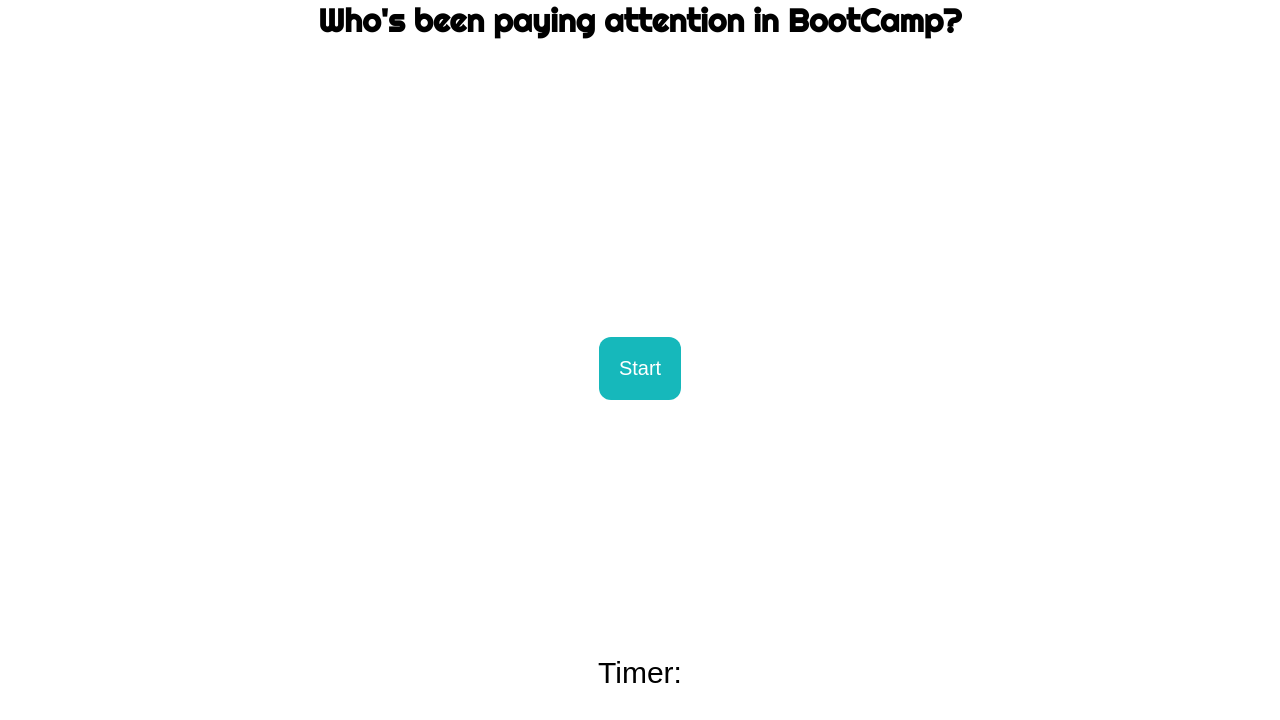
Repository: kkyler24/Quizlet
Page: Quiz.html
These files come from the project's save history. The page is drawn as it stood at one moment and after the next save; the edit follows.
The browser window is 1280 px wide. The pictures show the whole page.
Some web libraries are served in a nearby version.

Above is the page before, as saved 2020-03-16 01:30:22.

### Quiz.html
<!DOCTYPE html>

<html lang="en">

<head>
    <meta charset="UTF-8">
    <meta name="viewport" content="width=device-width, initial-scale=1.0">

    <!-- font family -->
    <link href="https://fonts.googleapis.com/css2?family=Righteous&display=swap" rel="stylesheet">

    <!-- Popper -->
    <script src="https://cdnjs.cloudflare.com/ajax/libs/popper.js/1.12.9/umd/popper.min.js"
        integrity="sha384-ApNbgh9B+Y1QKtv3Rn7W3mgPxhU9K/ScQsAP7hUibX39j7fakFPskvXusvfa0b4Q"
        crossorigin="anonymous"></script>
    <!-- Myfiles -->
    <link rel="stylesheet" type="text/css" href="DevOpsFiles/Style.css">
    <title>Quiz it</title>
</head>

<header>Who's been paying attention in BootCamp?</header>

<!-- Quiz Design -->

<body>

    <Div class="flex-container">
        <div id="startB">
            <input type="button" class="startButton" value="Start"/>
        </div>
        <div id="questionBoxOne" class="row" style="display: none;">
            <div class="col-md-6 col-sm-3 questionDiv">
                "What is BootStrap?"
                <div class="col-8 col-sm-6 answerA">
                    <button type="button" class="button">"A piece of material that helps hold up your
                        boot"
                    </button>
                </div>
                <div class="col-8 col-sm-6 answerA correct">
                    <button type="button" class="button">"An open source Css
                        framework"</button>
                </div>
                <div class="col-8 col-sm-6 answerA">
                    <button type="button" class="button">"An open source Js framework"</button>
                </div>
            </div>
        </div>

        <div id="questionBoxTwo" class="row" style="display: none;">
            <div class="col-md-6 col-sm-3 questionDiv">
                "Javascript is to muscles as HTML is to...?"
            </div>
                <div class="col-8 col-sm-6 answerB correct">
                    <button type="button" class="button"> IceCream"</button>
                </div>
                <div class="col-8 col-sm-6 answerB">
                    <button type="button" class="button">"Skin"</button>
                </div>
                <div class="col-8 col-sm-6 answerB">
                    <button type="button" class="button">"Skeleton"</button>
                </div>
            </div>


        <div id="questionBoxThree" class="row" style="display: none;">
            <div class="col-md-6 col-sm-3 questionDiv">
                "What does HTML stand for?"
                <div class="row">

                    <div class="col-8 col-sm-6 answerC">
                        <button type="button" class="button">"Home Tools Mark-up language" </button>

                        <div class="col-8 col-sm-6 answerC">
                            <button type="button" class="button"> "Hyper-text Mark down language "</button>

                            <div class="col-8 col-sm-6 answerC">
                                <button type="button" class="button">"Hyper-text Mark up language
                                    "</button>
                            </div>
                        </div>
                    </div>
                </div>
            </div>
        </div>

        <div id="questionBoxFour" class="row" style="display: none;">
            <div class="col-md-6 col-sm-3 questionDiv">
                "What is BootStrap?"
                <div class="row">

                    <div class="col-8 col-sm-6 answerD">
                        <button type="button" class="button">"A piece of material that helps hold
                            up your boot" </button>

                        <div class="col-8 col-sm-6 answerD">
                            <button type="button" class="button">"An open source Css
                                framework"</button>

                            <div class="col-8 col-sm-6 answerD">
                                <button id="D" type="button" class="button">"An open source Js
                                    framework"</button>
                            </div>
                        </div>
                    </div>
                </div>
            </div>
        </div>

    </Div>
   <Label><div class="time"> Timer:</div></Label>
    <script src="https://code.jquery.com/jquery-3.4.1.js"></script>
    <script src="DevOpsFiles/Java.js"></script>
</body>

</html>

### DevOpsFiles/Style.css
body{
    margin: auto;
    text-align: center;
    background-image: image();
  }

.flex-container {
    display: flex;
    margin-top: 20%;
    justify-content: center;
    align-items: center;
    flex-direction: column;
  }

header{
font-family: "Righteous", cursive;
font-size: xx-large;
font-weight: bolder;

  }

#questionBoxOne {
  position: absolute;

}

#questionBoxTwo {
  position: absolute;

}

#questionBoxThree {
  position: absolute;

}

#questionBoxFour {
  position: absolute;

}
.questionDiv{
  font-size: 25px;
  font-weight: bold;

}

.button{
background-color: rgb(22, 184, 187);
padding: 20px;
border-radius: 12px;
border: none;
color: white;
font-family:Arial, Helvetica, sans-serif;
font-size: 20PX;
}

.time{
  margin-top: 20%;
  text-align: center;
  font-family:Arial, Helvetica, sans-serif;
font-size: 30PX;
}

.startButton{
  text-align: center;
  margin-top: 50%;
  background-color: rgb(22, 184, 187);
padding: 20px;
border-radius: 12px;
border: none;
color: white;
font-family:Arial, Helvetica, sans-serif;
font-size: 20PX;
}

### DevOpsFiles/Java.js

// record start time
var startTime;
function display() {
    // later record end time
    var endTime = new Date();

    // time difference in ms
    var timeDiff = endTime - startTime;

    // strip the miliseconds
    timeDiff /= 1000;

    // get seconds
    var seconds = Math.floor(timeDiff % 60);

    // remove seconds from the date
    timeDiff = Math.floor(timeDiff / 60);

    // get minutes
    var minutes = Math.round(timeDiff % 60);

    // remove minutes from the date
    timeDiff = Math.floor(timeDiff / 60);

    // get hours
    var hours = Math.round(timeDiff % 24);

    // remove hours from the date
    timeDiff = Math.floor(timeDiff / 24);

    // the rest of timeDiff is number of days
    var days = timeDiff;

    $(".time").text(hours + ":" + minutes + ":" + seconds);
    setTimeout(display, 1000);
}

$(".startButton").click(function () {
    startTime = new Date();
    setTimeout(display, 1000);
});


//   function stopTimer() {
//     secondsElapsed = 0;
//     formatTime();
//   }
//   function startTimer() {
//     if (totalSeconds > 0) {
//       secondsElapsed = 0;
//       timer = setInterval(function () {
//         secondsElapsed++;
//         formatTime();
//       }, 1000);
//     }
//     formatTime();
//   }
// };

// ---Score Code---
var totalScore = [];

function getSum(total, num) {
  return total + Math(num);
}
function myFunction(item) {
  document.getElementById("stats").innerHTML = totalScore.reduce(getSum, 0);
}



// Questions Object
var Quests = [
  {
    Q1: {
      Question: "What is BootStrap?",
      answers: ["A piece of material that helps hold up your boot", "An open source Css framework", "An open source JS framework"],
      answersCorrect: [1]

    },

    Q2: {
      Question: "HTML is to Skeleton as Javascript is to...?",
      answers: ["Muscles", "Skin", "Coffee"],
      answersCorrect: [0]
    },

    Q3: {
      Question: "What does HTML stand for?",
      answers: ["A piece of material that helps hold up your boot", "An open source Css framework", "An open source JS framework"],
      answersCorrect: [3]
    },

    Q4: {
      Question: "What is BootStrap?",
      answers: ["A piece of material that helps hold up your boot", "An open source Css framework", "An open source JS framework"],
      answersCorrect: [2]
    }
  }];


// -->Get faded code<--
$(".startButton").on("click", function () {
  $("#startB").fadeOut(1000, function () {
    $(this).remove();
  })
});

$(".startButton").on("click", function () {
  $("#questionBoxOne").fadeIn(3600, function () {
  })
});

$(".answerA").on("click", function () {
  $("#questionBoxOne").fadeOut(2500, function () {
    $(this).remove();
  })
});

$(".answerA").on("click", function () {
  $("#questionBoxTwo").fadeIn(3600, function () {
  })
});

$('.answerB').on('click', function () {
  $("#questionBoxTwo").fadeOut(2500, function () {
    $(this).remove();
  })
});

$(".answerB").on("click", function () {
  $("#questionBoxThree").fadeIn(3600, function () {

  })
});

$('.answerC').on('click', function () {
  $("#questionBoxThree").fadeOut(2500, function () {
    $(this).remove();
  })
});

$(".answerC").on("click", function () {
  $("#questionBoxFour").fadeIn(3500, function () {
  })
});

$('.answerD').on('click', function () {
  $("#questionBoxFour").fadeOut(2500, function () {
    $(this).remove();
  })
});

$(".answerD").on("click", function () {
    $("#stats").slideDown(3500, function () {
    })
  });

//
// var aBBox = document.getElementsByClassName("col-8 col-sm-6 answerB");
// aBBox.


// done.addEventListener("event", function(){
// $(".answerb").on("event", function(){
//   $("#questionBoxTwo").fadeOut(2000,function(){
//     $(this).remove();
// })});



//
// $("#questionBoxTwo").fadeIn(1000,function())

// fade in after (this).remove has been completed
// var buttonCheck = document.getElementsByClassName("button");
// var totalScore = "";

// button listener



// Check the buttons for correct class
// // for ( var i = 0; i > flex-container.lenght; i++) {
// //   $("button").on("click", function(){
// //     if (buttonCheck.click === button.correct){
// //         totalScore = totalScore + 25;
// //     }
// //     else {secondsElapsed + 1500};
//   }
// )}

After the next save:
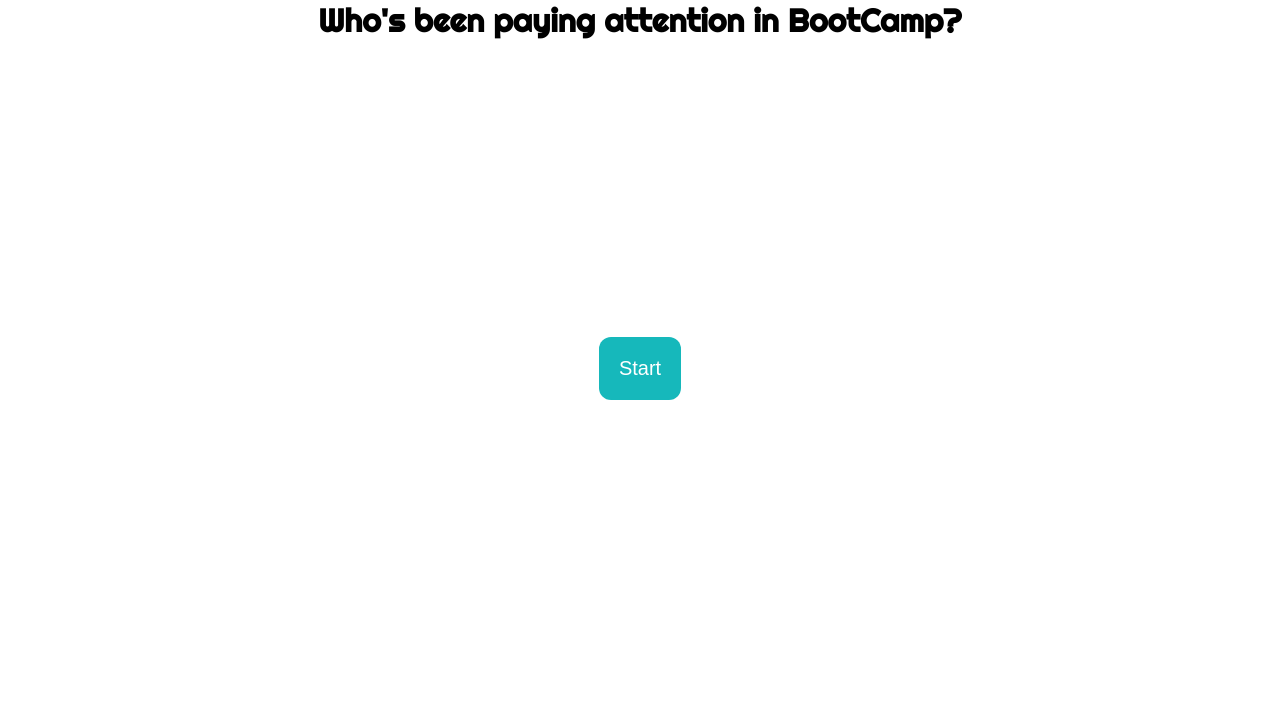
Saved 33 s later.
--- a/Quiz.html
+++ b/Quiz.html
@@ -107,7 +107,7 @@
         </div>
 
     </Div>
-   <Label><div class="time"> Timer:</div></Label>
+   <div class="time"></div>
     <script src="https://code.jquery.com/jquery-3.4.1.js"></script>
     <script src="DevOpsFiles/Java.js"></script>
 </body>
